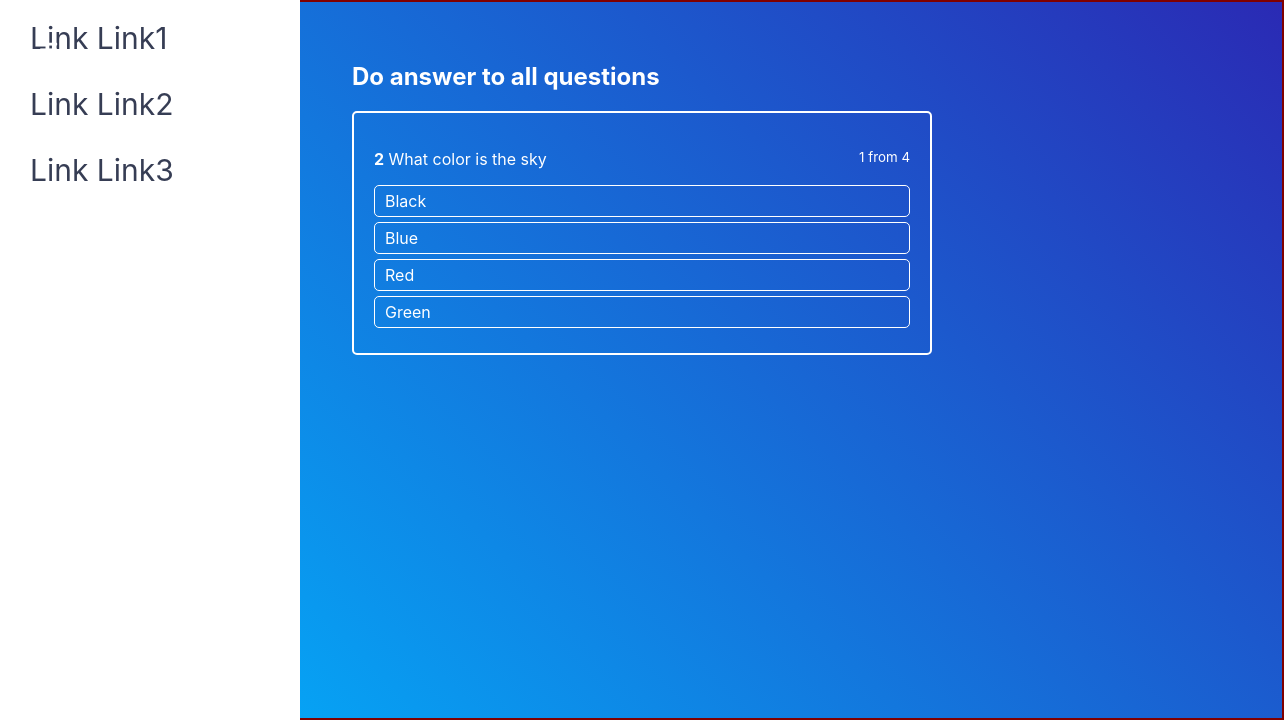
Repository: GregorPiev/react-quizes
Page: /
These files come from the project's save history. The page is drawn as it stood at one moment and after the next save; the edit follows.
The browser window is 1280 px wide. The page is 1284 px wide, so the pictures cover 1284 px, including what lies to the right of the window. The pictures show the whole page.
The project was rebuilt for these pictures with package versions that can differ from the ones it lists, and the page was loaded fresh each time. Also part of the build but not shown: src/components/FinishQuiz/FinishQuiz.module.css, src/components/UI/Button/Button.module.css, src/components/UI/Button/Button.js, src/components/FinishQuiz/FinishQuiz.js.

Above is the page before, as saved 2020-06-30 11:55:51.

After the next save:
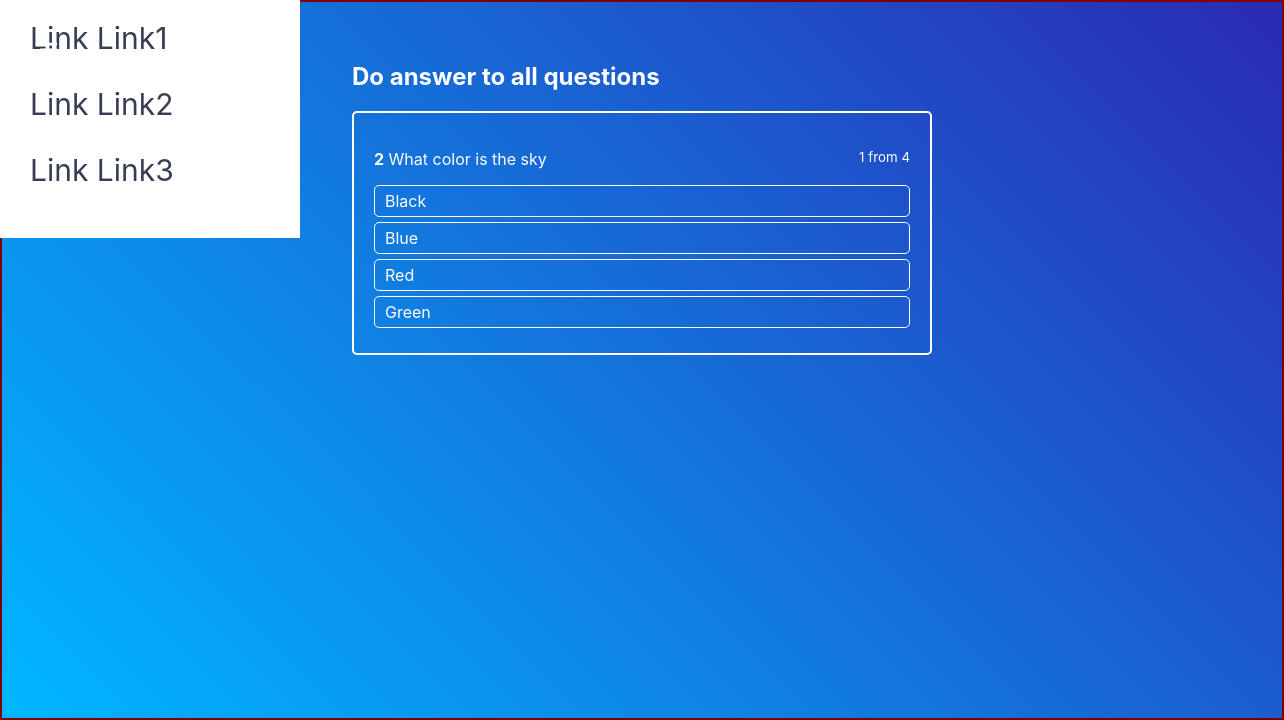
Saved 21 s later.
--- a/src/components/Navigation/Drawer/Drawer.module.css
+++ b/src/components/Navigation/Drawer/Drawer.module.css
@@ -2,7 +2,7 @@
   position: fixed;
   left: 0;
   top: 0;
-  bottom: 0;
+  /* bottom: 0; */
   width: 80%;
   max-width: 300px;
   padding: 20px 10px;

After the save that followed:
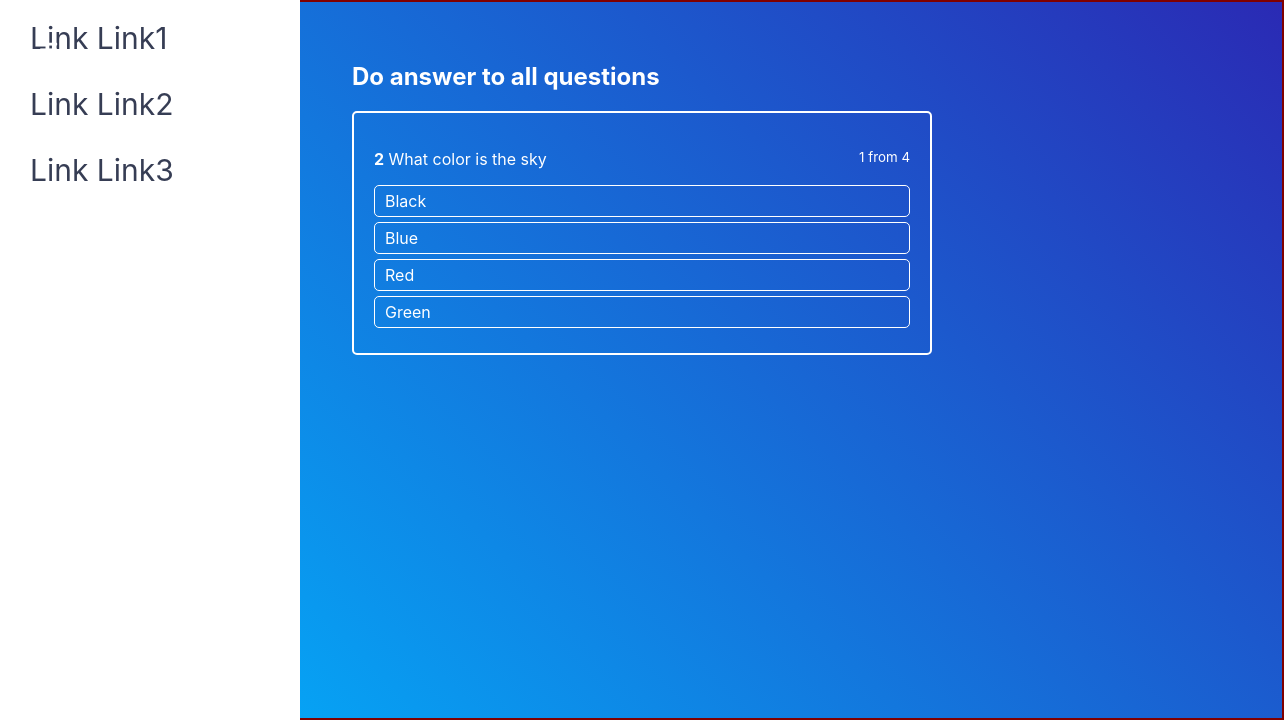
Saved 17 s later.
--- a/src/components/Navigation/Drawer/Drawer.module.css
+++ b/src/components/Navigation/Drawer/Drawer.module.css
@@ -2,7 +2,7 @@
   position: fixed;
   left: 0;
   top: 0;
-  /* bottom: 0; */
+  bottom: 0;
   width: 80%;
   max-width: 300px;
   padding: 20px 10px;
